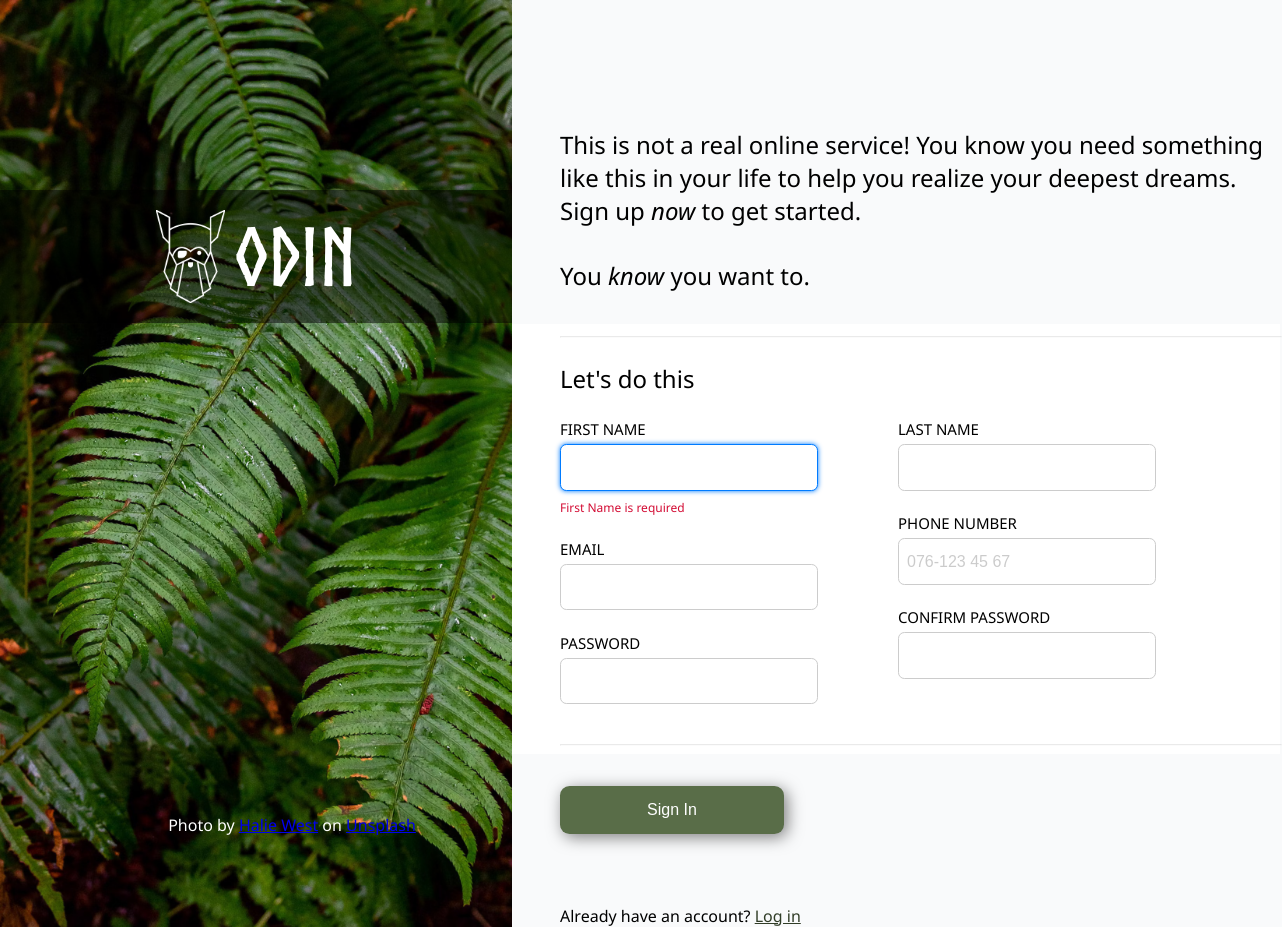
Repository: fed26sto-fundamentals/sign-up-form-odai-dh
Page: index.html
An editor plug-in stored every save of this project. The page is shown before and after the next save, followed by the edit.
The browser window is 1280 px wide. The page is 1282 px wide, so the pictures cover 1282 px, including what lies to the right of the window. The pictures show the whole page.
The first visible `.formStart div div input` has the focus.

Above is the page before, as saved 2024-10-01 14:46:51.

After the next save:
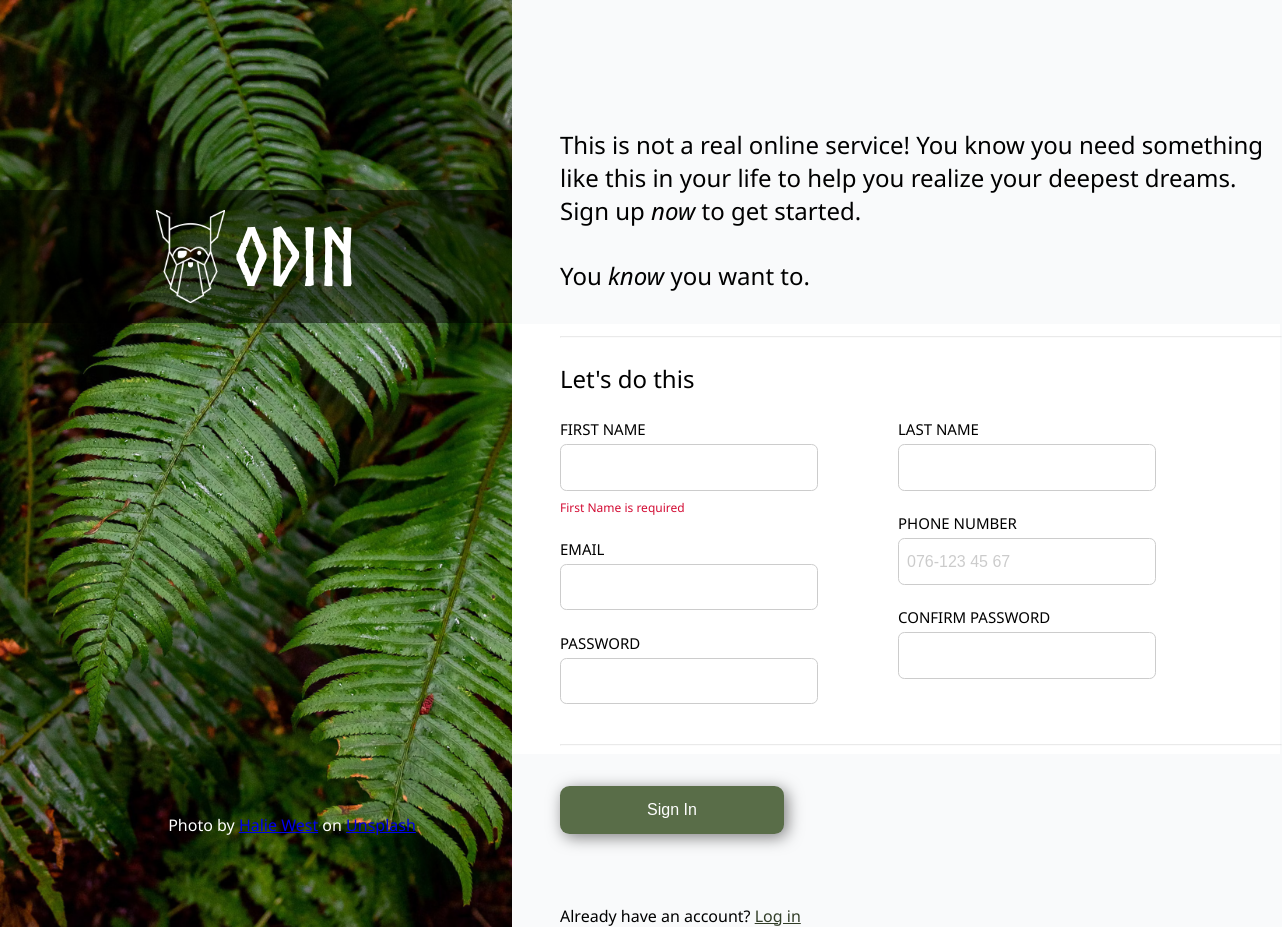
Saved 4 s later.
--- a/styles.css
+++ b/styles.css
@@ -132,11 +132,6 @@ body {
 #line{
     width: 100%;
     opacity: 0.2;
-
-}
-.formStart div div input:focus{
-    border-color: #007BFF;
-    box-shadow: 0 0 5px rgba(0, 123, 255, 1);
 
 }
 

After the 4 saves that followed:
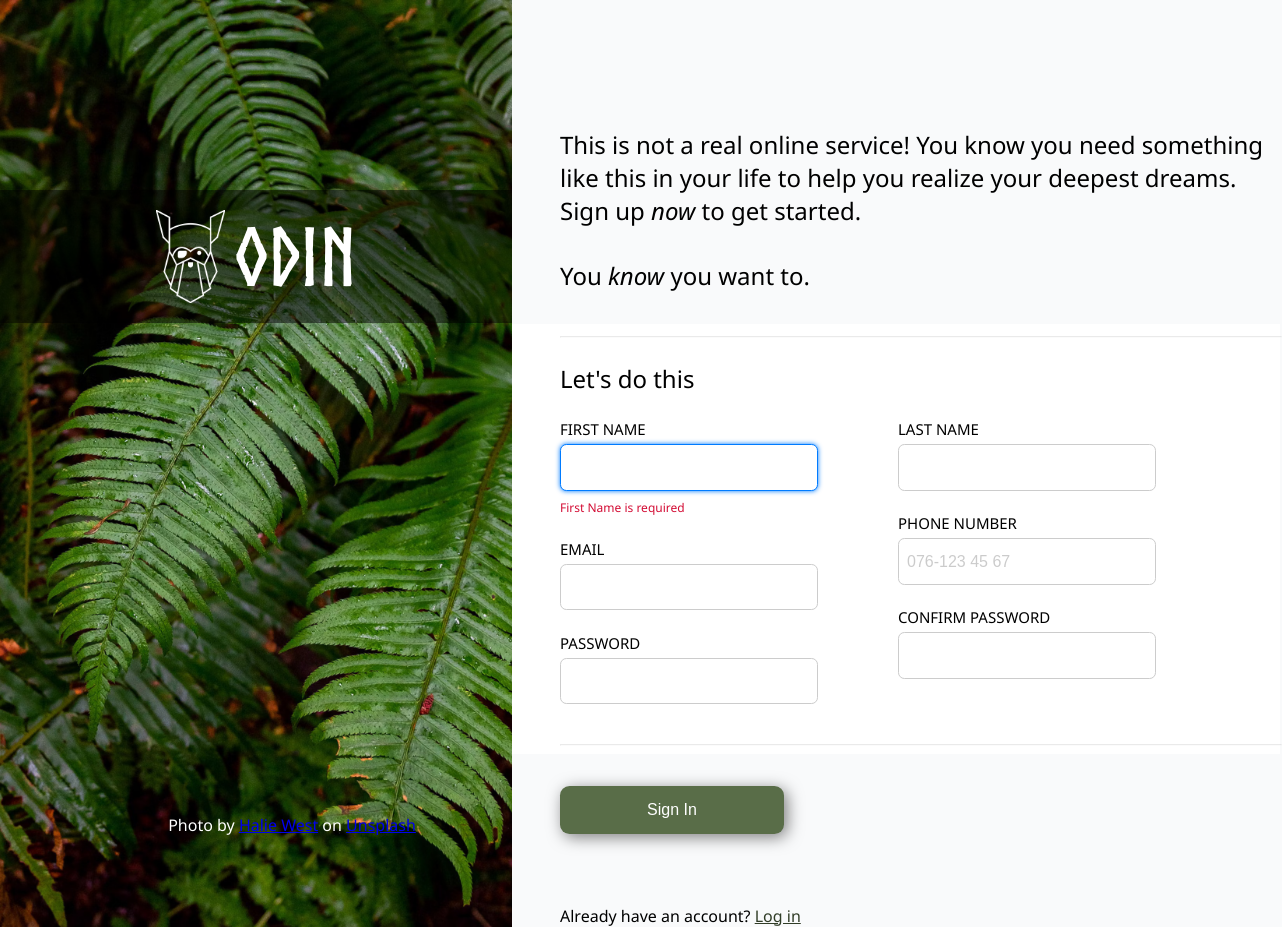
The 4 saves are shown as one change because they came seconds apart.
The last was saved 10 s later.
--- a/styles.css
+++ b/styles.css
@@ -128,7 +128,14 @@ body {
 
 .formStart div div input {
     width: 100%;
-}
+
+}
+.formStart div div input:focus{
+    border-color: #007BFF;
+    box-shadow: 0 0 5px rgba(0, 123, 255, 1);
+
+}
+
 #line{
     width: 100%;
     opacity: 0.2;
